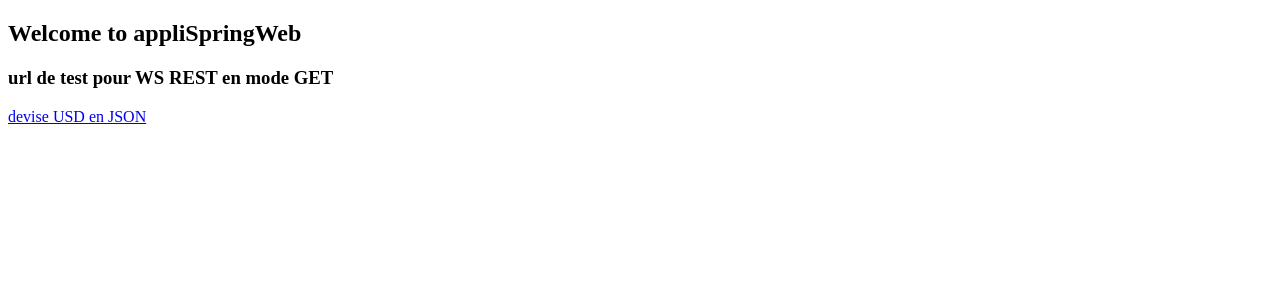
Repository: Anouar2EL/TP-JAVA-22-06-23
Page: appliSpringWeb/src/main/resources/static/index.html
The author's editor kept a copy of each file at every save. The page is drawn from the files as they stood at one save, then again after the next save.
The browser window is 1280 px wide. The pictures show the whole page.

Above is the page before, as saved 2023-07-25 10:15:56.

### appliSpringWeb/src/main/resources/static/index.html
<!DOCTYPE html>
<html>
<head>
<meta charset="ISO-8859-1">
<title>Insert title here</title>
</head>
<body>
<h2>Welcome to  appliSpringWeb</h2>
<h3> url de test pour WS REST en mode GET</h3>
<a href="./api-devise/devise/USD">devise USD en JSON</a> <br/>
</body>
</html>

After the next save:
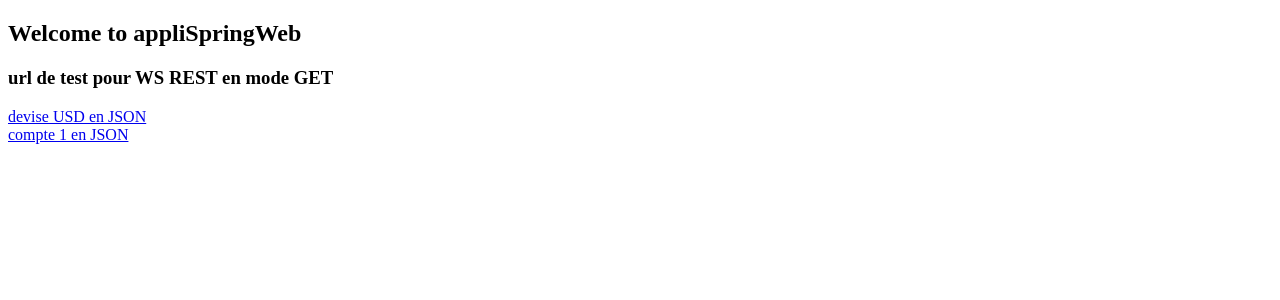
Saved 75 s later.
--- a/appliSpringWeb/src/main/resources/static/index.html
+++ b/appliSpringWeb/src/main/resources/static/index.html
@@ -8,5 +8,6 @@
 <h2>Welcome to  appliSpringWeb</h2>
 <h3> url de test pour WS REST en mode GET</h3>
 <a href="./api-devise/devise/USD">devise USD en JSON</a> <br/>
+<a href="./api-bank/compte/1">compte 1 en JSON</a> <br/>
 </body>
 </html>
